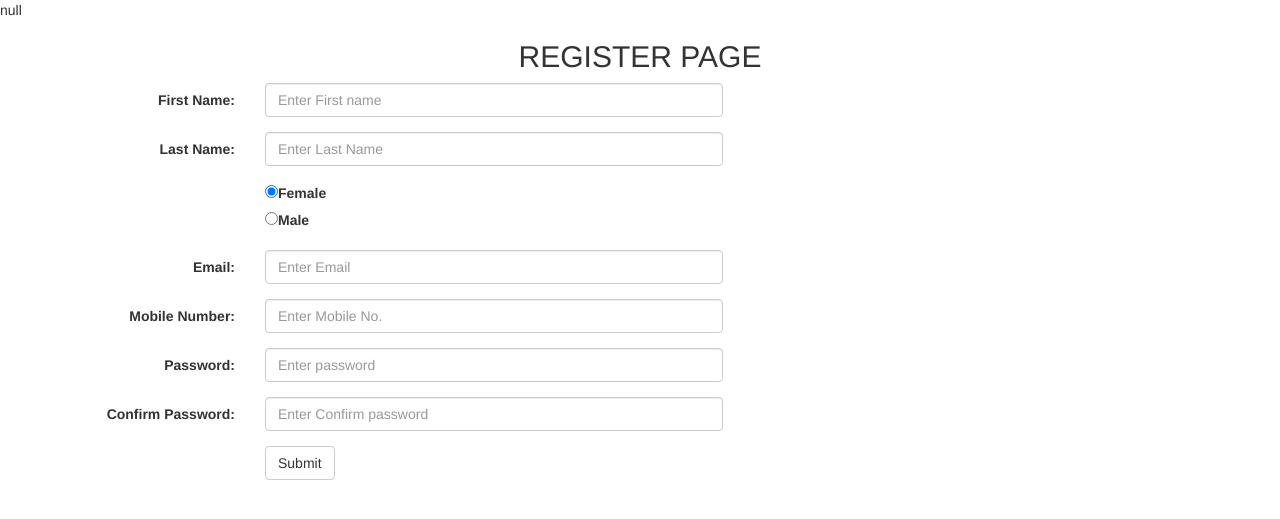
Repository: AvantiKopulwar/Task-Workspace
Page: http://localhost/AdminStudentLogin/register.jsp
An editor plug-in stored every save of this project. The page is shown before and after a run of saves, followed by the edit.
The browser window is 1280 px wide. The pictures show the whole page.
The page is served by Tomcat 9.

Above is the page before, as saved 2018-10-04 13:00:03.

After the next 2 saves:
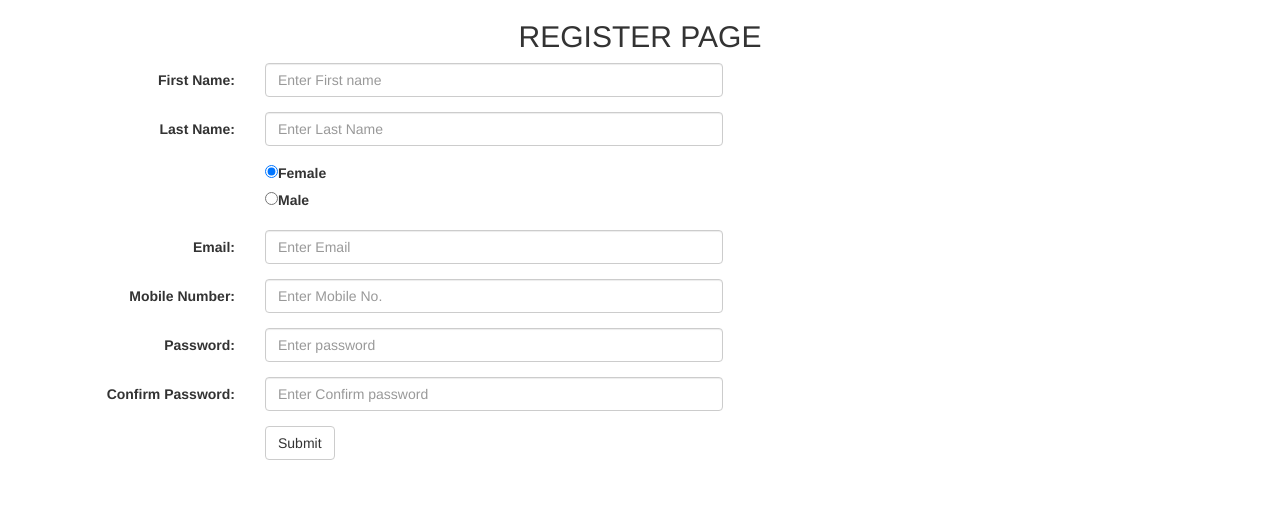
The 2 saves are shown as one change because 1 did not build or start.
The last was saved 3 min 26 s later.
--- a/AdminStudentLogin/WebContent/register.jsp
+++ b/AdminStudentLogin/WebContent/register.jsp
@@ -1,7 +1,3 @@
-<%
-	String message = (String) request.getAttribute("msg");
-	out.println(message);
-%>
 <%@ page language="java" contentType="text/html; charset=ISO-8859-1"
 	pageEncoding="ISO-8859-1"%>
 <!DOCTYPE html>
@@ -23,6 +19,13 @@
 		<h2 align="center">REGISTER PAGE</h2>
 		<form class="form-horizontal" action="register">
 
+<%
+String message = (String) request.getAttribute("msg");
+if(message == null){
+	out.println("");
+}else{
+	out.println(message);}
+%>
 			<div class="form-group">
 				<label class="control-label col-sm-2" for="firstName">First
 					Name:</label>
